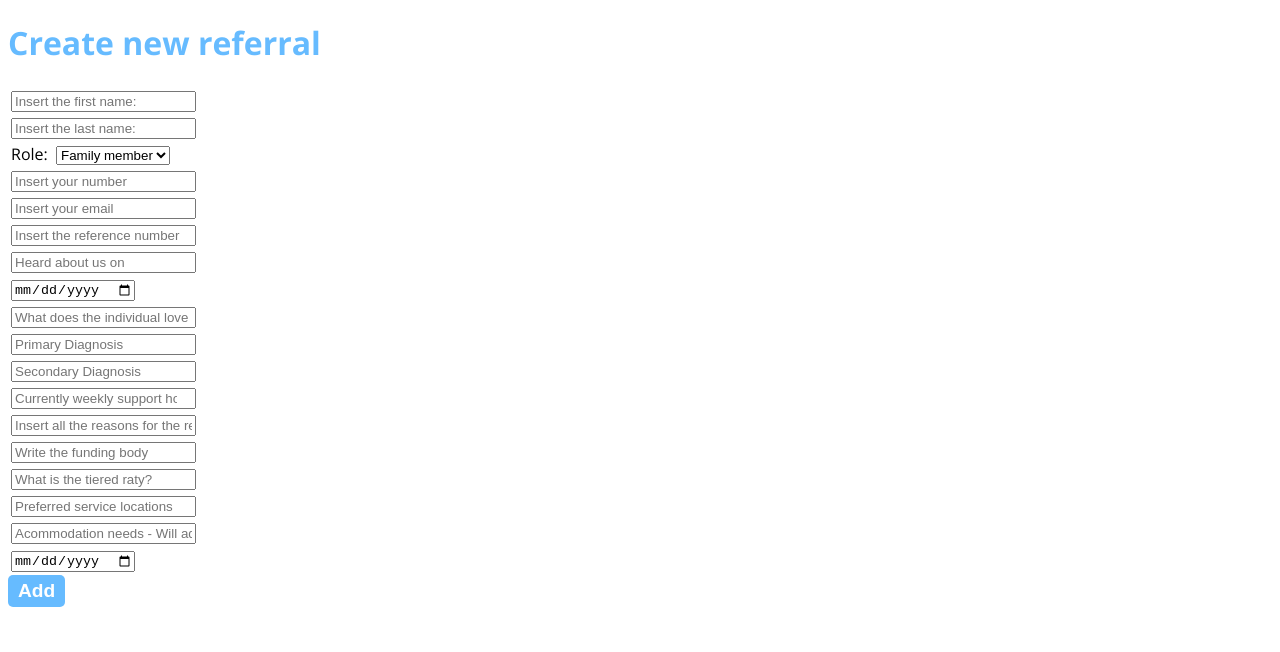
Repository: israelrodriguees/QAactivity
Page: http://localhost/referral/new_referral.jsp
The author's editor kept a copy of each file at every save. The page is drawn from the files as they stood at one save, then again after the next save.
The browser window is 1280 px wide. The pictures show the whole page.
The page is served by Tomcat 9. Other server files are loaded and not shown.

Above is the page before, as saved 2021-08-16 16:34:09.

### referral/src/main/webapp/new_referral.jsp
<!DOCTYPE html>
<html>
<head>
<meta charset="ISO-8859-1">
<title>Referral Form</title>
<link rel="icon" href="images/form.png">
<link rel="stylesheet" href="style.css">
</head>
<body>
	<h1>Create new referral</h1>
	<form name="frmReferral" action="">
		<table>
			<tr>
				<td><input type="text" name="txt_firstname"
					placeholder="Insert the first name: "></td>
			</tr>
			<tr>
				<td><input type="text" name="txt_firstname"
					placeholder="Insert the last name: "></td>
			</tr>

			<tr>
				<td><label>Role:</label>&nbsp; <select name="txt_role">
						<option value="Family">Family member</option>
						<option value="Advocate">Advocate</option>
						<option value="Social Worker">Social worker</option>
						<option value="Other">Other</option>
				</select></td>
			</tr>

			<tr>
				<td><input type="text" name="txt_phone"
					placeholder="Insert your number"></td>
			</tr>

			<tr>
				<td><input type="text" name="txt_email"
					placeholder="Insert your email" class="Box1"></td>
			</tr>

			<tr>
				<td><input type="text" name="txt_refnumber"
					placeholder="Insert the reference number"></td>
			</tr>

			<tr>
				<td><input type="text" name="txt_hear"
					placeholder="Heard about us on"></td>
			</tr>

			<tr>
				<td><input type="date" name="txt_dbirth"
					placeholder="Date of birth"></td>
			</tr>

			<tr>
				<td><input type="text" name="txt_todo"
					placeholder="What does the individual love to do?"></td>
			</tr>

			<tr>
				<td><input type="text" name="txt_pdiagnosis"
					placeholder="Primary Diagnosis"></td>
			</tr>

			<tr>
				<td><input type="text" name="txt_sdiagnosis"
					placeholder="Secondary Diagnosis"></td>
			</tr>


			<tr>
				<td><input type="number" name="float_hours"
					placeholder="Currently weekly support hours(E.g.: 4.5)"></td>
			</tr>

			<tr>
				<td><input type="text" name="txt_reasonref"
					placeholder="Insert all the reasons for the referral."></td>
			</tr>

			<tr>
				<td><input type="text" name="txt_fundingbody"
					placeholder="Write the funding body"></td>
			</tr>

			<tr>
				<td><input type="text" name="txt_draty"
					placeholder="What is the tiered raty?"></td>
			</tr>

			<tr>
				<td><input type="text" name="txt_preflocation"
					placeholder="Preferred service locations"></td>
			</tr>

			<tr>
				<td><input type="text" name="txt_acomneeds"
					placeholder="Acommodation needs - Will adaptions be required?"></td>
			</tr>

			<tr>
				<td><input type="date" name="txt_dstart"
					placeholder="The preferred start date"></td>
			</tr>
		</table>
		<input type="button" value="Add" class="button1">
	</form>
</body>
</html>

### referral/src/main/webapp/style.css
@charset "ISO-8859-1";

@import
	url('https://fonts.googleapis.com/css2?family=Open+Sans:wght@400;700&display=swap')
	;

body {
	font-family: 'Open Sans', sans-serif;;
	font-size: 1em;
	font-weight: 400;
}

h1 {
	color: #66bbff;
}

.button1 {
	text-decoration: none;
	background-color: #66bbff;
	padding: 5px 10px 5px 10px;
	color: #fff;
	font-size: 1.2em;
	font-weight: 700;
	border-radius: 5px;
	border: 0;
	cursor: pointer;
}

After the next save:
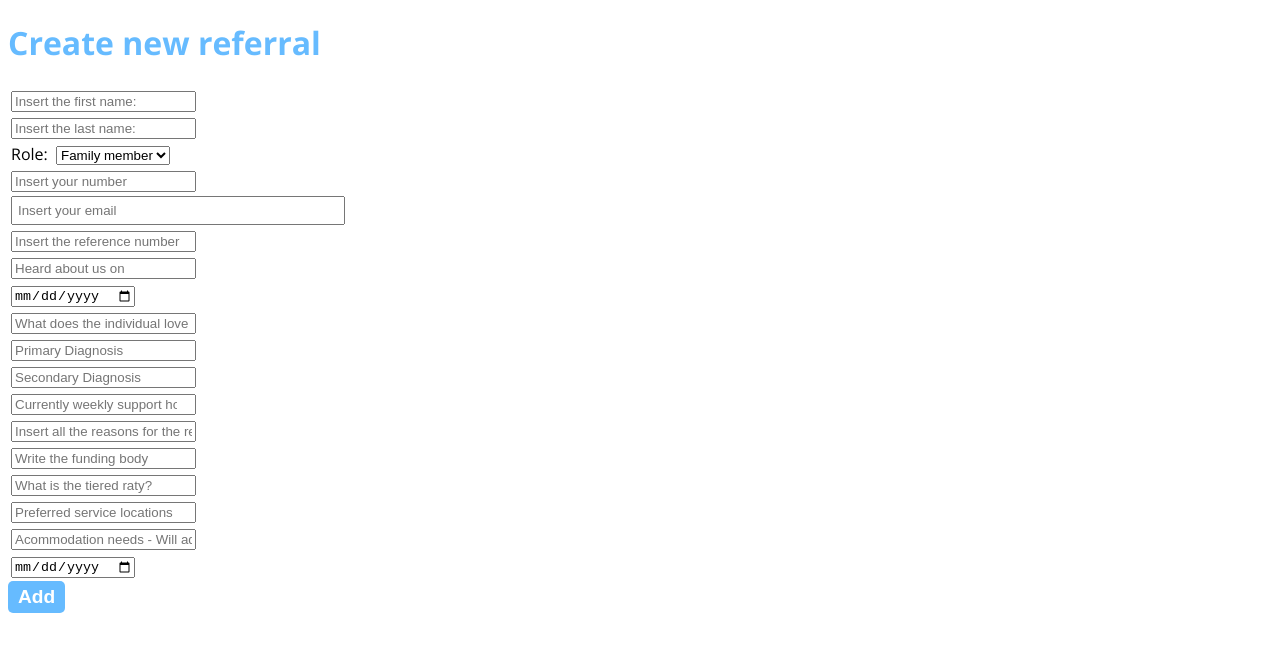
Saved 42 s later.
--- a/referral/src/main/webapp/style.css
+++ b/referral/src/main/webapp/style.css
@@ -25,3 +25,9 @@
 	border: 0;
 	cursor: pointer;
 }
+
+.Box1 {
+	width: 320px;
+	padding: 5px;
+	maring-bottom: 10px;
+}
